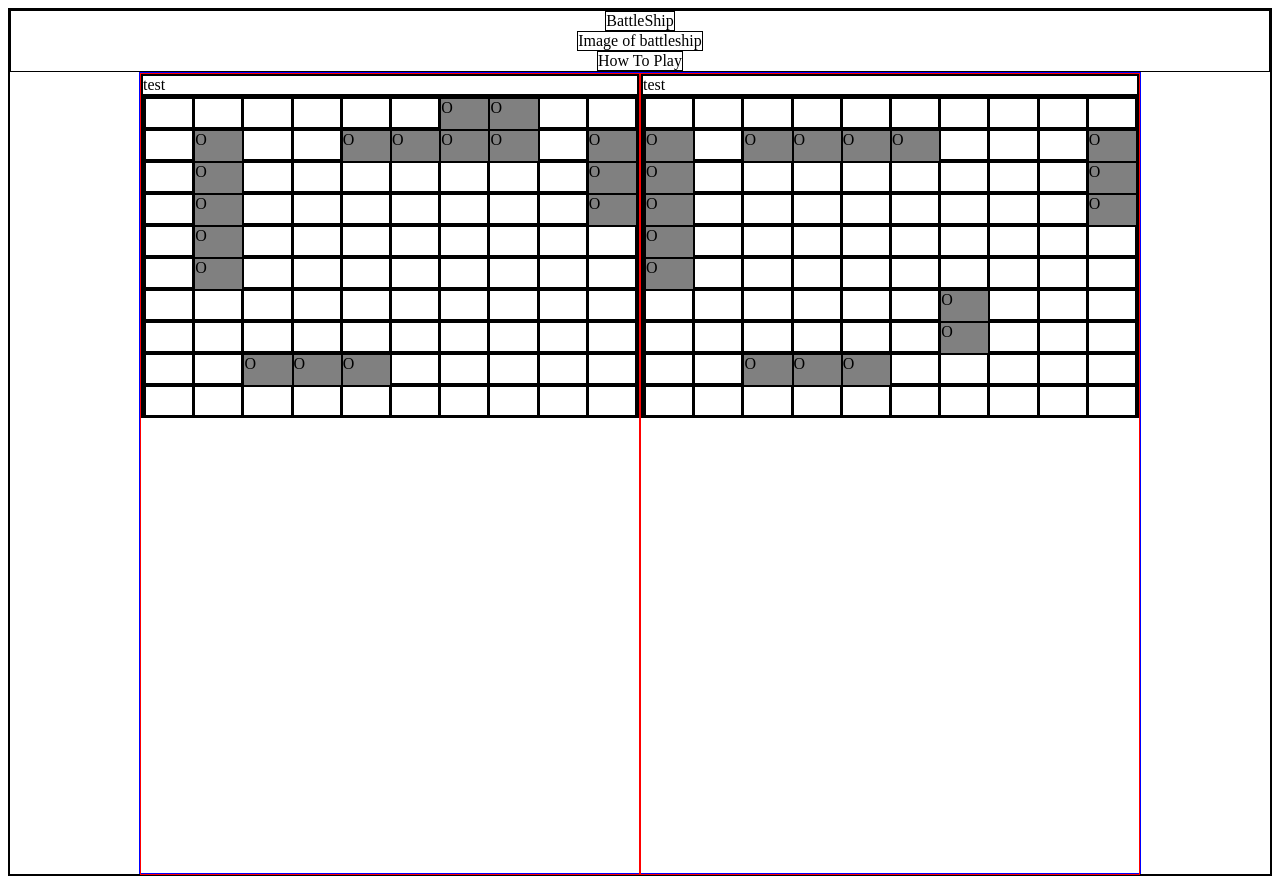
Repository: J-Haze/BattleshipApp
Page: /
These files come from the project's save history. The page is drawn as it stood at one moment and after a run of saves; the edit follows.
The browser window is 1280 px wide. The pictures show the whole page.
The project was rebuilt for these pictures with package versions that can differ from the ones it lists, and the page was loaded fresh each time. Also part of the build but not shown: src/index.css.

Above is the page before, as saved 2020-09-17 17:16:57.

After the next 3 saves:
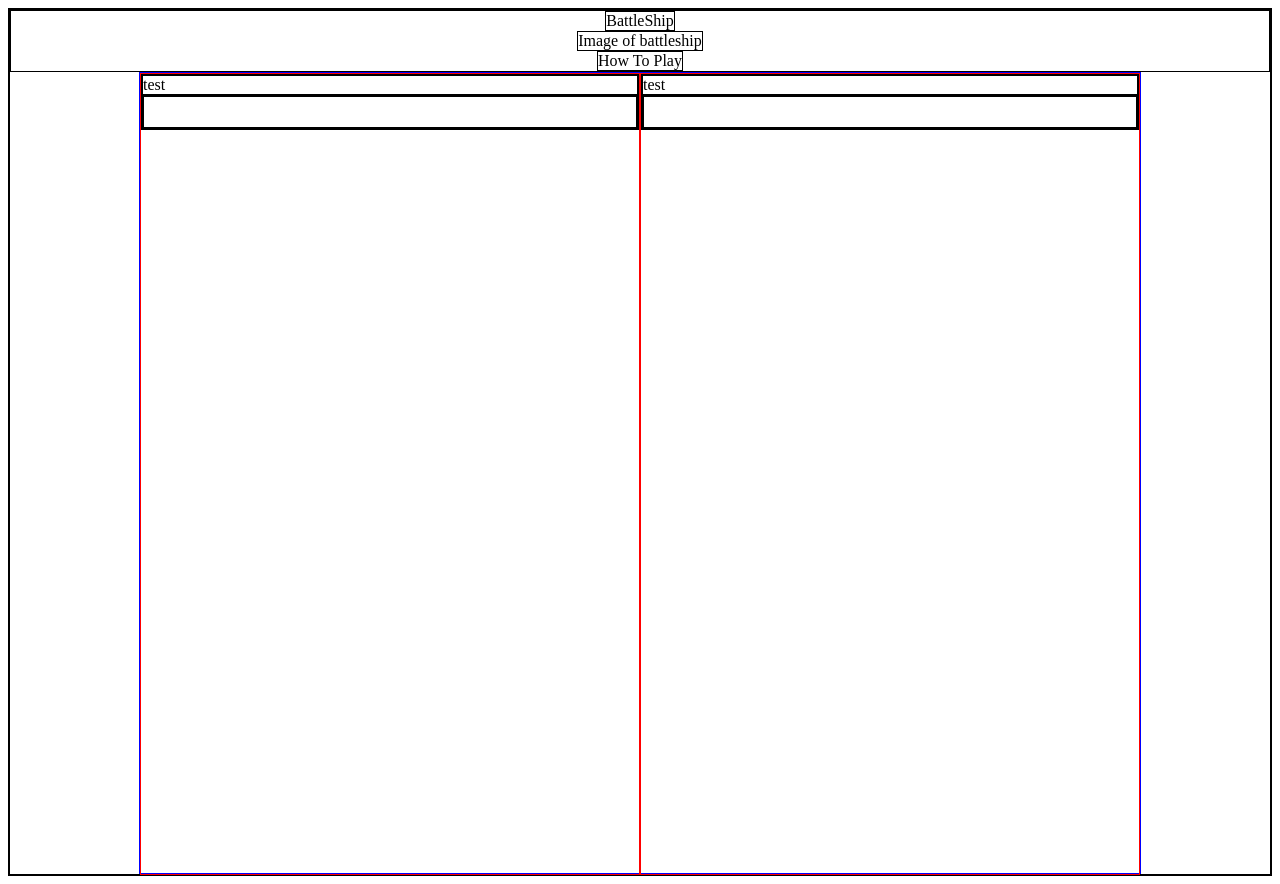
The 3 saves are shown as one change because 2 did not build or start.
The last was saved 45 min 25 s later.
--- a/src/Components/Board.js
+++ b/src/Components/Board.js
@@ -1,4 +1,4 @@
-import React from "react"
+import React, { useState, useEffect } from "react"
 // import shipFactory from "../factories/ship"
 // import gameboardFactory from "../factories/gameboard"
 // import player from "../factories/player"
@@ -8,19 +8,32 @@ import Row from "./Row.js"
 
 function Board(props) {
     let { board, handleClick } = props;
-    console.log("123:", {board})
-    let squares = board;
-    console.log({squares})
-    let size = 10; let rows = [];
-    for (let i = 0; i < squares.length; i += size) {
-        rows.push(squares.slice(i, i + size));
-    }
+
+    // console.log("123:", {board})
+    // let squares = board;
+    // console.log({ squares })
+
+    const [rowState, setRows] = useState([]);
+
+    let rows = [];
+    let size = 10;
+
+    useEffect((size, rows) => {
+        rows = [];
+        for (let i = 0; i < board.length; i += size) {
+            rows.push(board.slice(i, i + size));
+        }
+        setRows(rows)
+        console.log("New Rows:", rows)
+    },
+        [board]
+    );
+
+
     console.log("rows", rows)
-    // let rowOne = squares.splice(0, 10);
-    //squares should be an array of all the squares
 
-    console.log("rows:", rows)
-    console.log("squares:", squares)
+
+    console.log("rows2 :", rows)
 
     console.log("handleClick1:", handleClick)
 
@@ -33,7 +46,7 @@ function Board(props) {
             <div> test </div>
             <div className="board">
                 {/* {squareItems} */}
-                {rows.map((row, i) => {
+                {rowState.map((row, i) => {
                     return (
                         <Row
                             key={i}
